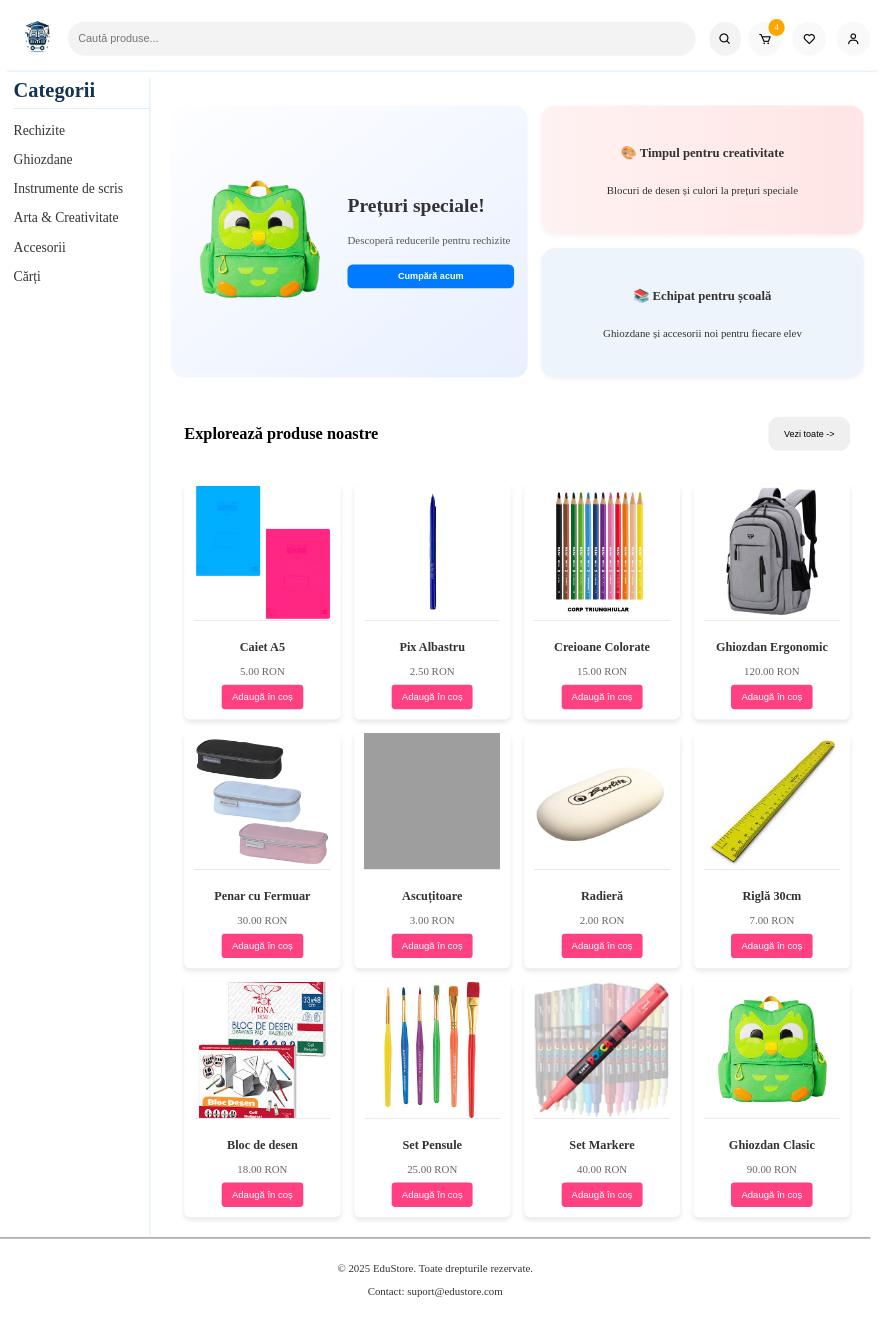
Repository: Roxana5504/WebDev-Project
Page: frontend/index.html
These files come from the project's save history. The page is drawn as it stood at one moment and after the next save; the edit follows.
The browser window is 1280 px wide. The page is 1290 px wide, then 1300 px, so the pictures cover 1300 px, including what lies to the right of the window. The pictures show the whole page, at 68% of full size.
Pictures or frames that could not be fetched are drawn as grey boxes.

Above is the page before, as saved 2025-04-23 17:01:54.

### frontend/index.html
<!DOCTYPE html>
<html lang="ro">
  <head>
    <meta charset="UTF-8" />
    <meta name="viewport" content="width=device-width, initial-scale=1.0" />
    <title>Căutare Produse</title>
    <link rel="stylesheet" href="/styles.css" />
    <link
      href="https://cdn.jsdelivr.net/npm/boxicons@2.1.4/css/boxicons.min.css"
      rel="stylesheet"
    />
  </head>

  <body>
    <header class="container-header">
      <div class="logo">
        <img src="/backend/images/logoDWS.png" alt="EduStore" />
      </div>

      <div class="search-bar">
        <button class="sidebar-toggle" id="sidebar-toggle">
          <i class="bx bx-menu"></i>
        </button>
        <input type="text" id="search-input" placeholder="Caută produse..." />
        <button class="search-btn" id="search-btn">
          <i class="bx bx-search"></i>
        </button>
      </div>

      <div class="header-icons">
        <div class="header-icon">
          <span class="cart-items">4</span>
          <i class="bx bx-cart"></i>
        </div>
        <div class="header-icon">
          <i class="bx bx-heart"></i>
        </div>
        <div class="header-icon profile">
          <i class="bx bx-user"></i>
        </div>
      </div>
    </header>

    <div class="main-content">
      <aside class="sidebar">
        <h2>Categorii</h2>
        <ul>
          <li>Rechizite</li>
          <li>Ghiozdane</li>
          <li>Instrumente de scris</li>
          <li>Arta & Creativitate</li>
          <li>Accesorii</li>
          <li>Cărți</li>
        </ul>
      </aside>

      <div class="container">
        <section class="banner">
          <div class="banner-left">
            <div class="banner-left-content">
              <div class="img-cont">
                <img src="/backend/images/gh.jpg" alt="Oferta specială" />
              </div>

              <div class="banner-text">
                <h2>Prețuri speciale!</h2>
                <p>Descoperă reducerile pentru rechizite</p>
                <button class="buy-now-btn" id="buy-now-btn">
                  Cumpără acum
                </button>
              </div>
            </div>
          </div>

          <div class="banner-right">
            <div class="banner-right-up">
              <h3>🎨 Timpul pentru creativitate</h3>
              <p>Blocuri de desen și culori la prețuri speciale</p>
            </div>
            <div class="banner-right-down">
              <h3>📚 Echipat pentru școală</h3>
              <p>Ghiozdane și accesorii noi pentru fiecare elev</p>
            </div>
          </div>
        </section>

        <section class="products">
          <div class="products-explore-line">
            <h2>Explorează produse noastre</h2>
            <button class="all-products-button">Vezi toate -></button>
          </div>
          <div id="product-list" class="product-list"></div>
        </section>
      </div>
    </div>
    <footer>
      <p>&copy; 2025 EduStore. Toate drepturile rezervate.</p>
      <p>Contact: suport@edustore.com</p>
    </footer>
    <script src="script.js"></script>
  </body>
</html>

### frontend/styles.css
/*CSS Roxana*/
html,
body {
  height: 100%;
  margin: 0;
  padding: 0;
}

.modal-overlay {
  position: fixed;
  top: 0;
  left: 0;
  right: 0;
  bottom: 0;
  background: rgba(0, 0, 0, 0.6);
  display: flex;
  align-items: center;
  justify-content: center;
  padding: 20px;
  z-index: 9999;
  overflow-y: auto;
  box-sizing: border-box;
}

.modal-content {
  display: flex;
  flex-direction: column;
  background: white;
  padding: 20px;
  border-radius: 10px;
  max-width: 800px;
  width: 100%;
  max-height: 90vh;
  overflow-y: auto;
  position: relative;
  box-sizing: border-box;
  align-items: center;
}

.modal-buttons {
  align-items: center;
  display: flex;
  gap: 10px;
  margin-top: 20px;
}

.modal-content button {
  background-color: black;
  color: white;
  font-weight: bold;
  border: none;
  padding: 12px 16px;
  border-radius: 5px;
}

.close-btn {
  position: absolute;
  top: 10px;
  right: 15px;
  font-size: 24px;
  cursor: pointer;
  color: red;
}

.modal-products {
  display: flex;
  flex-wrap: wrap;
  gap: 20px;
}

.modal-product-card {
  width: 200px;
  border: 1px solid #eee;
  border-radius: 10px;
  padding: 10px;
  text-align: center;
}

.modal-product-card img {
  max-width: 100%;
  height: auto;
  border-radius: 5px;
}

.container-header {
  padding: 10px;
  margin: 10px;
  display: flex;
  align-items: center;
  justify-content: space-between;
  width: 100%;
  box-sizing: border-box;
  flex-wrap: wrap;
  gap: 10px;
  border-bottom: 1px solid rgb(203, 227, 255);
}

.logo img {
  height: 70px;
  cursor: pointer;
}

.search-bar {
  flex: 1;
  gap: 20px;
  display: flex;
  align-items: center;
  position: relative;
  max-width: 1000px;
}

.search-btn {
  width: 50px;
  height: 50px;
  border-radius: 100%;
  border: none;
  background-color: #f3f3f3;
  display: flex;
  justify-content: center;
  align-items: center;
  cursor: pointer;
  font-size: 20px;
}

.search-bar input {
  min-width: 200px;
  width: 100%;
  height: 50px;
  padding: 10px 15px;
  border-radius: 50px;
  border: none;
  background-color: #f3f3f3;
  font-size: 16px;
  outline: none;
  box-sizing: border-box;
}

.header-icons {
  display: flex;
  align-items: center;
  gap: 15px;
}

.header-icon {
  position: relative;
  width: 50px;
  height: 50px;
  background-color: #f9f9f9;
  border-radius: 50%;
  display: flex;
  justify-content: center;
  align-items: center;
  cursor: pointer;
}

.header-icon i {
  font-size: 20px;
  color: black;
}

.cart-items {
  position: absolute;
  top: -4px;
  right: -4px;
  background-color: orange;
  color: white;
  font-size: 12px;
  border-radius: 100%;
  padding: 5px 9px;
}

.main-content {
  display: flex;
  flex: 1;
  box-sizing: border-box;
  justify-content: left;
}

.container {
  flex: 1;
  width: 100%;
  margin: 0px auto;
  display: flex;
  flex-direction: column;
  padding: 10px;
  max-width: 1200px;
  box-sizing: border-box;
  justify-content: flex-start;
}

.sidebar {
  position: relative;
  height: auto;
  width: 200px;
  padding-left: 20px;
  padding-right: 0px;
  margin-right: 20px;
  border-right: 1px solid rgb(203, 227, 255);
}

.sidebar h2 {
  font-size: 30px;
  font-weight: bold;
  margin-top: 0px;
  color: rgb(22, 50, 82);
  margin-bottom: 10px;
  padding-bottom: 10px;
  border-bottom: 1px solid rgb(203, 227, 255);
}

.sidebar ul {
  list-style: none;
  padding: 0;
  margin: 0;
}

.sidebar ul li {
  padding: 10px 0;
  font-size: 20px;
  color: #333;
  cursor: pointer;
  transition: color 0.3s ease;
}

.sidebar ul li:hover {
  color: #0d4e5a;
}

.sidebar-toggle {
  background: none;
  border: none;
  font-size: 25px;
  cursor: pointer;
  display: none;
}

.banner {
  display: flex;
  flex-wrap: wrap;
  gap: 20px;
  margin: 30px 0;
  width: 100%;
}

.banner-left {
  box-sizing: border-box;
  background: linear-gradient(to bottom right, #fefeff, #e8f0ff);
  border-radius: 20px;
  padding: 20px;
  position: relative;
  display: flex;
  align-items: center;
  justify-content: space-between;
  flex: 1 1 50%;
}

.banner-left-content {
  display: flex;
  gap: 20px;
  align-items: center;
  flex-wrap: wrap;
  width: 100%;
  max-width: 500px;
}

.banner-left-content img {
  width: 100%;
  max-width: 220px;
  height: auto;
  border-radius: 10px;
  object-fit: cover;
}

.banner-text {
  flex: 1;
  display: flex;
  flex-direction: column;
  gap: 10px;
}

.banner-text h2 {
  font-size: 1.8rem;
  color: #333;
  margin: 0;
}

.banner-text p {
  font-size: 1rem;
  color: #555;
}

.buy-now-btn {
  background-color: #007bff;
  color: white;
  border: none;
  padding: 10px 16px;
  border-radius: 8px;
  font-weight: bold;
  cursor: pointer;
  transition: background 0.3s ease;
}

.buy-now-btn:hover {
  background-color: #0056b3;
}

.banner-right {
  flex: 1 1 45%;
  display: flex;
  flex-direction: column;
  justify-content: space-between;
  gap: 20px;
  min-width: 300px;
}

.banner-right-up,
.banner-right-down {
  border-radius: 20px;
  padding: 20px;
  text-align: center;
  min-height: 150px;
  display: flex;
  flex-direction: column;
  justify-content: center;
  box-shadow: 0 2px 6px rgba(0, 0, 0, 0.05);
}

.banner-right-up {
  background: linear-gradient(to right, #fff2f2, #ffe5e5);
  color: #333;
}

.banner-right-down {
  background: #eef4fc;
  color: #333;
}

footer {
  text-align: center;
  padding: 20px;
  border-top: 1px solid #333;
  color: #333;
  background-color: white;
}

.products-explore-line {
  display: flex;
  justify-content: space-between;
  width: 100%;
  box-sizing: border-box;
  align-items: center;
  padding: 20px;
}

.all-products-button {
  border: none;
  border-radius: 16px;
  padding: 0px 10px;
  width: 120px;
  height: 50px;
  cursor: pointer;
}

@media (max-width: 768px) {
  .search-bar {
    gap: 10px;
    width: 100%;
    margin: 0px;
    order: 1;
    display: flex;
    justify-content: center;
  }

  .search-bar input {
    flex: 1;
    margin: 0 10px;
  }

  .banner {
    flex-direction: column;
  }

  .banner-left {
    width: 100%;
    flex: none;
  }

  .banner-right {
    flex-direction: row;
    flex-wrap: wrap;
    width: 100%;
    gap: 20px;
  }

  .banner-right-up,
  .banner-right-down {
    flex: 1 1 48%;
    min-width: 48%;
    padding: 15px;
  }
}

@media (max-width: 600px) {
  .modal-products {
    flex-direction: column;
    align-items: center;
  }

  .modal-product-card {
    width: 100%;
    max-width: 300px;
  }
  .sidebar {
    width: 30%;
    z-index: 99;
    transform: translateX(-100%);
    display: none;
  }

  .sidebar-toggle {
    display: block;
  }

  .sidebar.open {
    transform: translateX(0);
    display: block;
  }

  .sidebar h2 {
    font-size: 22px;
  }

  .sidebar ul li {
    font-size: 16px;
  }
}

/*Sfarsit CSS Roxana*/

.product-list {
  display: grid;
  grid-template-columns: repeat(auto-fit, minmax(220px, 1fr));
  gap: 20px;
  padding: 20px;
}

.product-card {
  background: white;
  border-radius: 8px;
  box-shadow: 0px 4px 8px rgba(0, 0, 0, 0.1);
  overflow: hidden;
  text-align: center;
  transition: transform 0.2s ease-in-out;
}

.product-card:hover {
  transform: scale(1.05);
}

.product-card img {
  width: 100%;
  height: 200px;
  object-fit: cover;
  border-bottom: 1px solid #ddd;
}

.product-card .product-info {
  padding: 15px;
}

.product-card h3 {
  font-size: 18px;
  margin: 10px 0;
  color: #333;
}

.product-card p {
  font-size: 16px;
  color: #666;
  margin-bottom: 10px;
}

.product-card button {
  background: #ff4081;
  color: white;
  border: none;
  padding: 10px 15px;
  border-radius: 5px;
  cursor: pointer;
  font-size: 14px;
  transition: background 0.3s;
}

.product-card button:hover {
  background: #e6006e;
}

@media (max-width: 768px) {
  .product-list {
    grid-template-columns: repeat(auto-fit, minmax(180px, 1fr));
  }
}

### frontend/script.js
//Roxana
document.addEventListener("DOMContentLoaded", function () {
  const categoryItems = document.querySelectorAll("aside li")
  const productList = document.getElementById("product-list")
  let products = []

  fetch("/products.json")
    .then((response) => {
      if (!response.ok) {
        throw new Error("Eroare la încărcarea fișierului products.json")
      }
      return response.json()
    })
    .then((data) => {
      products = data.products.map((product) => {
        const name = product.name.toLowerCase()
        let category = "altele"

        if (name.includes("ghiozdan")) category = "ghiozdane"
        else if (
          name.includes("pix") ||
          name.includes("creion") ||
          name.includes("marker") ||
          name.includes("pensul")
        )
          category = "arta-creativitate"
        else if (
          name.includes("radier") ||
          name.includes("ascuțitoare") ||
          name.includes("rigl")
        )
          category = "accesorii"
        else if (
          name.includes("caiet") ||
          name.includes("penar") ||
          name.includes("bloc")
        )
          category = "rechizite"

        return { ...product, category }
      })

      renderProducts()
    })
    .catch((error) => {
      console.error("Eroare la încărcare produse:", error)
    })

  function renderProducts() {
    productList.innerHTML = ""
    products.forEach((product) => {
      const productCard = document.createElement("div")
      productCard.classList.add("product-card")
      productCard.setAttribute("data-category", product.category)
      productCard.innerHTML = `
        <img src="${product.image}" alt="${
        product.name
      }" style="width: 200px; height: 200px; object-fit: cover;">
        <div class="product-info">
          <h3>${product.name}</h3>
          <p>${product.price.toFixed(2)} RON</p>
          <button>Adaugă în coș</button>
        </div>
      `
      productList.appendChild(productCard)
    })
  }

  categoryItems.forEach((item) => {
    item.addEventListener("click", function () {
      const category = this.textContent
        .trim()
        .toLowerCase()
        .replace(/\s+/g, "-")
      const productCards = document.querySelectorAll(".product-card")

      productCards.forEach((product) => {
        if (
          product.getAttribute("data-category") === category ||
          category === "toate"
        ) {
          product.style.display = "flex"
        } else {
          product.style.display = "none"
        }
      })
    })
  })
})

document.getElementById("search-btn").addEventListener("click", () => {
  const query = document.getElementById("search-input").value.trim()

  fetch(`/products/${query}`)
    .then((res) => {
      if (!res.ok) throw new Error("Server error: " + res.status)
      return res.json()
    })
    .then((data) => {
      if (data.length > 0) {
        showModalWithProducts(data)
      } else {
        showNoProductFoundModal(query)
      }
    })
    .catch((err) => {
      console.error("Eroare:", err)
    })
})

document.getElementById("buy-now-btn").addEventListener("click", () => {
  const query = "Ghiozdan Clasic"
  fetch(`/products/${query}`)
    .then((res) => {
      if (!res.ok) throw new Error("Server error: " + res.status)
      return res.json()
    })
    .then((data) => {
      if (data.length > 0) {
        showModalWithProducts(data)
      } else {
        showNoProductFoundModal(query)
      }
    })
    .catch((err) => {
      console.error("Eroare:", err)
    })
})

function showModalWithProducts(products) {
  let modalHTML = `
      <div id="product-modal" class="modal-overlay">
        <div class="modal-content">
          <span class="close-btn" onclick="closeModal()">&times;</span>
          <h2>Rezultate Căutare</h2>
          <div class="modal-products">
    `

  products.forEach((product) => {
    modalHTML += `
        <div class="modal-product-card">
          <img src="${product.image}" alt="${product.name}" />
          <h3>${product.name}</h3>
          <p>Preț: ${product.price} lei</p>
          <p>Cantitate: ${product.quantity ?? "Nespecificat"}</p>
        </div>
      `
  })

  modalHTML += `
          </div>
        </div>
      </div>
    `

  document.body.insertAdjacentHTML("beforeend", modalHTML)
}

function showNoProductFoundModal(query) {
  const modalHTML = `
      <div id="product-modal" class="modal-overlay">
        <div class="modal-content">
          <span class="close-btn" onclick="closeModal()">&times;</span>
          <h2>Produs negăsit</h2>
          <p>Nu am găsit produsul <strong>"${query}"</strong>.</p>
          <p>Dorești să îl adaugi în magazin?</p>
          <div class="modal-buttons">
          <button onclick="openAddProductForm('${query}')">Adaugă produs</button>
          <button onclick="closeModal()">Încearcă din nou</button></div>
        </div>
      </div>
    `
  document.body.insertAdjacentHTML("beforeend", modalHTML)
}

function closeModal() {
  const modal = document.getElementById("product-modal")
  if (modal) modal.remove()
}

const sidebarToggle = document.getElementById("sidebar-toggle")
const sidebar = document.querySelector(".sidebar")

sidebarToggle.addEventListener("click", () => {
  sidebar.classList.toggle("open")
})
//Sfarsit cod Roxana

### backend/products.json
{
  "products": [
    { "name": "Caiet A5", "price": 5.0, "image": "/backend/images/caiet.jpg" },
    {
      "name": "Pix Albastru",
      "price": 2.5,
      "image": "/backend/images/pix.jpg",
      "quantity": 20
    },
    {
      "name": "Creioane Colorate",
      "price": 15.0,
      "image": "/backend/images/creioane.jpg",
      "quantity": 20
    },
    {
      "name": "Ghiozdan Ergonomic",
      "price": 120.0,
      "image": "/backend/images/ghiozdan.jpg",
      "quantity": 20
    },
    {
      "name": "Penar cu Fermuar",
      "price": 30.0,
      "image": "/backend/images/penar.jpg",
      "quantity": 20
    },
    {
      "name": "Ascuțitoare",
      "price": 3.0,
      "image": "/backend/images/ascutitoare.jpg",
      "quantity": 20
    },

    {
      "name": "Radieră",
      "price": 2.0,
      "image": "/backend/images/radiera.jpg",
      "quantity": 20
    },
    {
      "name": "Riglă 30cm",
      "price": 7.0,
      "image": "/backend/images/rigla.jpg",
      "quantity": 20
    },
    {
      "name": "Bloc de desen",
      "price": 18.0,
      "image": "/backend/images/blocdesen.jpg",
      "quantity": 20
    },
    {
      "name": "Set Pensule",
      "price": 25.0,
      "image": "/backend/images/pensule.jpg",
      "quantity": 20
    },
    {
      "name": "Set Markere",
      "price": 40.0,
      "image": "/backend/images/markere.jpg",
      "quantity": 20
    },
    {
      "name": "Ghiozdan Clasic",
      "price": 90.0,
      "image": "/backend/images/gh.jpg",
      "quantity": 20
    }
  ]
}

After the next save:
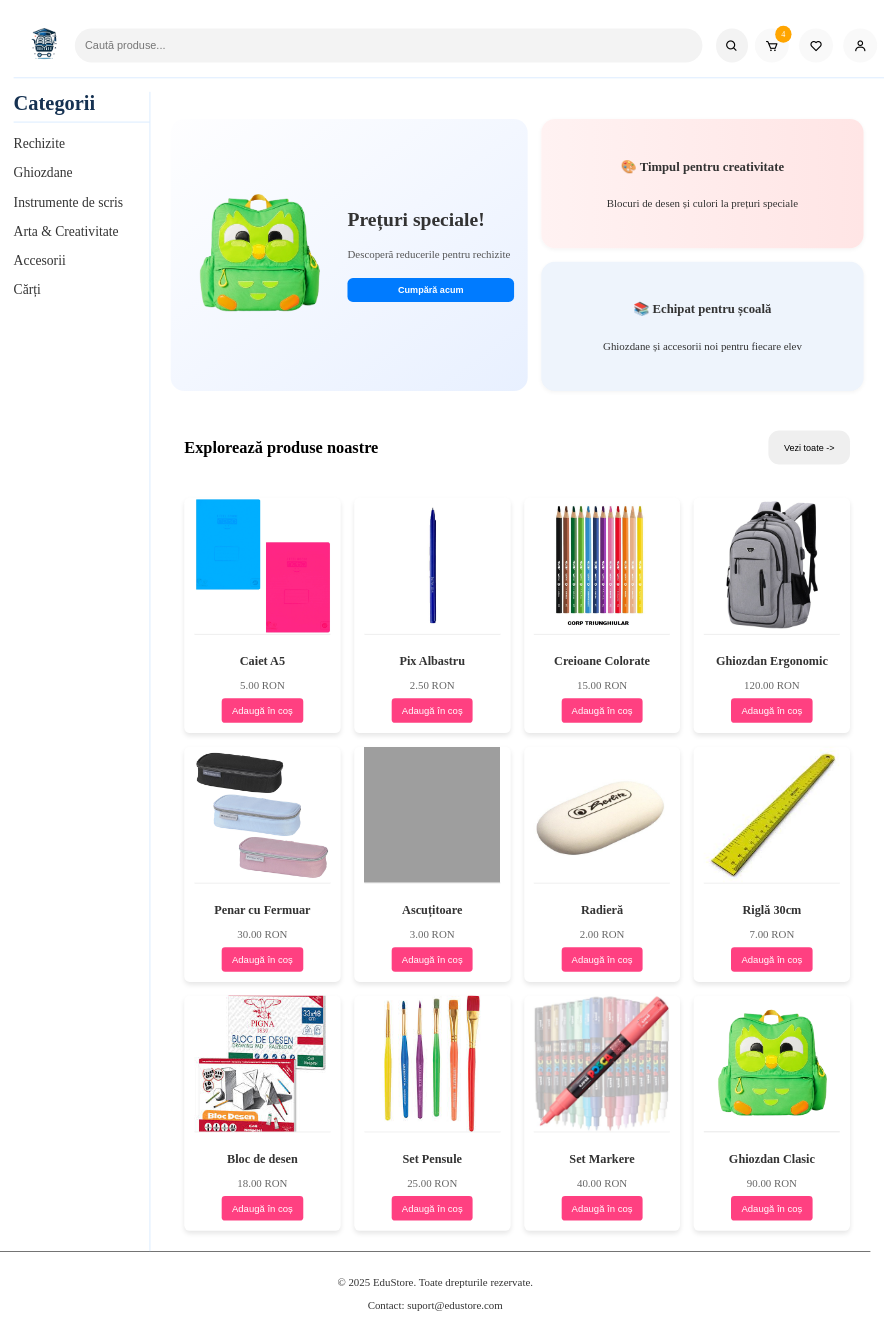
Saved 14 s later.
--- a/frontend/styles.css
+++ b/frontend/styles.css
@@ -84,7 +84,7 @@ body {
 
 .container-header {
   padding: 10px;
-  margin: 10px;
+  margin: 20px;
   display: flex;
   align-items: center;
   justify-content: space-between;
